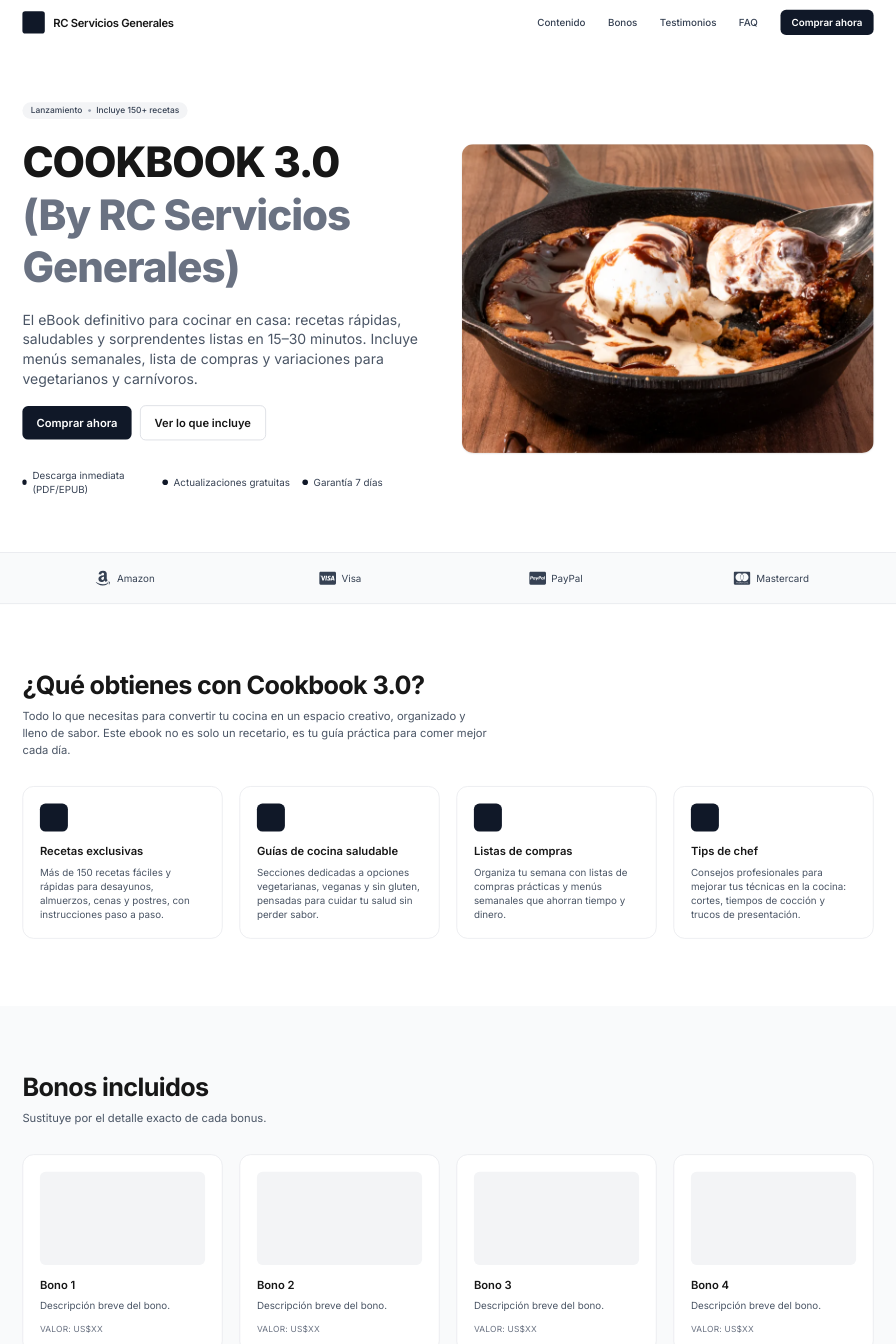
Repository: sazaba/pdfalzate
Page: /
An editor plug-in stored every save of this project. The page is shown before and after the next save, followed by the edit.
The browser window is 1280 px wide. The pictures show the part of the page from y = 0 to 1920 px (the page is 3921 px tall), at 70% of full size.
The project was rebuilt for these pictures with package versions that can differ from the ones it lists, and the page was loaded fresh each time. The framework's server and built-in components were replaced by stand-ins that run in the browser. Also part of the build but not shown: next.config.ts.

Above is the page before, as saved 2025-09-24 12:36:07.

### src/app/layout.tsx
import { Inter } from "next/font/google";
import "./globals.css";

const inter = Inter({ subsets: ["latin"] });

export default function RootLayout({ children }: { children: React.ReactNode }) {
  return (
    <html lang="es" suppressHydrationWarning>
      <body className={`${inter.className} min-h-screen bg-white text-gray-900 antialiased`}>
        {children}
      </body>
    </html>
  );
}

### src/app/page.tsx
import React from 'react'

import Navbar from "./components/Navbar";
import Hero from "./components/Hero";
import TrustBar from "./components/TrustBar";
import WhatYouGet from "./components/WhatYouGet";
import Bonuses from "./components/Bonuses";
import Testimonials from "./components/Testimonials";
import Guarantee from "./components/Guarantee";
import FAQ from "./components/FAQ";
import CTA from "./components/CTA";
import Footer from "./components/Footer";


export default function Page() {
  return (
    <main>
      <Navbar />
      <Hero />
      <TrustBar />
      <WhatYouGet />
      <Bonuses />
      <Testimonials />
      <Guarantee />
      <FAQ />
      <CTA />
      <Footer />
    </main>
  );
}

### src/app/globals.css
@import "tailwindcss";


:root {
  --background: #ffffff;
  --foreground: #171717;
}

@theme inline {
  --color-background: var(--background);
  --color-foreground: var(--foreground);
  --font-sans: var(--font-geist-sans);
  --font-mono: var(--font-geist-mono);
}

@media (prefers-color-scheme: dark) {
  :root {
    --background: #0a0a0a;
    --foreground: #ededed;
  }
}

body {
  background: var(--background);
  color: var(--foreground);
  font-family: Arial, Helvetica, sans-serif;
}

### src/app/components/Navbar.tsx
"use client";
import { useState, useEffect } from "react";
import Link from "next/link";

const navItems = [
  { href: "#whatyouget", label: "Contenido" },
  { href: "#bonuses", label: "Bonos" },
  { href: "#testimonials", label: "Testimonios" },
  { href: "#faq", label: "FAQ" },
];

export default function Navbar() {
  const [open, setOpen] = useState(false);
  const [scrolled, setScrolled] = useState(false);

  useEffect(() => {
    const onScroll = () => setScrolled(window.scrollY > 8);
    window.addEventListener("scroll", onScroll);
    return () => window.removeEventListener("scroll", onScroll);
  }, []);

  return (
    <header
      className={`sticky top-0 z-50 transition-all ${
        scrolled
          ? "bg-white/90 backdrop-blur border-b border-gray-200"
          : "bg-white"
      }`}
    >
      <div className="mx-auto max-w-7xl px-4 sm:px-6 lg:px-8 h-16 flex items-center justify-between">
        <Link href="#" className="flex items-center gap-3">
          {/* Logo placeholder */}
          <div className="h-8 w-8 rounded bg-gray-900" />
          <span className="font-semibold tracking-tight">RC Servicios Generales</span>
        </Link>

        {/* Links desktop */}
        <nav className="hidden md:flex items-center gap-8">
          {navItems.map((i) => (
            <a
              key={i.href}
              href={i.href}
              className="text-sm font-medium text-gray-700 hover:text-gray-900"
            >
              {i.label}
            </a>
          ))}
          <a
            href="#cta"
            className="inline-flex items-center rounded-lg bg-gray-900 px-4 py-2 text-sm font-semibold text-white hover:opacity-90"
          >
            Comprar ahora
          </a>
        </nav>

        {/* Botón hamburguesa */}
        <button
          onClick={() => setOpen((v) => !v)}
          className="md:hidden inline-flex items-center p-2"
        >
          <span className="sr-only">Abrir menú</span>
          <svg
            viewBox="0 0 24 24"
            className="h-6 w-6"
            fill="none"
            stroke="currentColor"
            strokeWidth="2"
          >
            <path d="M4 6h16M4 12h16M4 18h16" />
          </svg>
        </button>
      </div>

      {/* Mobile menu */}
      {open && (
        <div className="md:hidden border-t border-gray-200 bg-white">
          <div className="space-y-2 px-4 py-4">
            {navItems.map((i) => (
              <a
                key={i.href}
                href={i.href}
                onClick={() => setOpen(false)}
                className="block rounded px-2 py-2 text-sm font-medium text-gray-700 hover:bg-gray-50"
              >
                {i.label}
              </a>
            ))}
            <a
              href="#cta"
              onClick={() => setOpen(false)}
              className="block rounded bg-gray-900 px-3 py-2 text-center text-sm font-semibold text-white"
            >
              Comprar ahora
            </a>
          </div>
        </div>
      )}
    </header>
  );
}

### src/app/components/Hero.tsx
import Image from "next/image";
import cook from '../images/cook.webp'

export default function Hero() {
  return (
    <section className="relative overflow-hidden">
      <div className="mx-auto max-w-7xl px-4 sm:px-6 lg:px-8 py-14 sm:py-20 grid items-center gap-10 lg:grid-cols-2">
        {/* Texto */}
        <div className="space-y-6">
          <p className="inline-flex items-center gap-2 rounded-full bg-gray-100 px-3 py-1 text-xs font-medium text-gray-700">
            <span>Lanzamiento</span>
            <span className="h-1 w-1 rounded-full bg-gray-400"></span>
            <span>Incluye 150+ recetas</span>
          </p>

          <h1 className="text-4xl sm:text-5xl lg:text-6xl font-extrabold tracking-tight leading-tight">
            COOKBOOK 3.0{" "}
            <br/>
            <span className="text-gray-500">(By RC Servicios Generales)</span>
          </h1>

          <p className="text-lg sm:text-xl text-gray-600">
            El eBook definitivo para cocinar en casa: recetas rápidas, saludables y
            sorprendentes listas en 15–30 minutos. Incluye menús semanales, lista de
            compras y variaciones para vegetarianos y carnívoros.
          </p>

          <div className="flex flex-col sm:flex-row items-stretch sm:items-center gap-3">
            <a
              href="#cta"
              className="inline-flex items-center justify-center rounded-lg bg-gray-900 px-5 py-3 text-white font-semibold"
            >
              Comprar ahora
            </a>
            <a
              href="#whatyouget"
              className="inline-flex items-center justify-center rounded-lg border border-gray-300 px-5 py-3 font-semibold"
            >
              Ver lo que incluye
            </a>
          </div>

          {/* Bullets rápidos */}
          <ul className="grid grid-cols-2 sm:grid-cols-3 gap-3 pt-4 text-sm text-gray-700">
            <li className="flex items-center gap-2">
              <span className="h-2 w-2 rounded-full bg-gray-900" />
              Descarga inmediata (PDF/EPUB)
            </li>
            <li className="flex items-center gap-2">
              <span className="h-2 w-2 rounded-full bg-gray-900" />
              Actualizaciones gratuitas
            </li>
            <li className="flex items-center gap-2">
              <span className="h-2 w-2 rounded-full bg-gray-900" />
              Garantía 7 días
            </li>
          </ul>
        </div>

        {/* Imagen/video */}
        <div className="relative aspect-[4/3] w-full rounded-2xl bg-gray-100 shadow-sm">
          {/* Deja el src vacío y reemplázalo por tu portada/mockup */}
          <Image alt="Portada de COOKBOOK 3.0" src={cook} fill className="object-cover rounded-2xl" />
        </div>
      </div>
    </section>
  );
}

### src/app/components/TrustBar.tsx
import { FaAmazon, FaCcVisa, FaCcPaypal, FaCcMastercard } from "react-icons/fa";

export default function TrustBar() {
  return (
    <section className="border-y border-gray-200 bg-gray-50">
      <div className="mx-auto max-w-7xl px-4 sm:px-6 lg:px-8 py-6 grid grid-cols-2 sm:grid-cols-4 gap-4 text-center text-sm text-gray-600">
        <div className="flex items-center justify-center gap-2 text-gray-700">
          <FaAmazon className="text-2xl" />
          <span className="hidden sm:inline">Amazon</span>
        </div>
        <div className="flex items-center justify-center gap-2 text-gray-700">
          <FaCcVisa className="text-2xl" />
          <span className="hidden sm:inline">Visa</span>
        </div>
        <div className="flex items-center justify-center gap-2 text-gray-700">
          <FaCcPaypal className="text-2xl" />
          <span className="hidden sm:inline">PayPal</span>
        </div>
        <div className="flex items-center justify-center gap-2 text-gray-700">
          <FaCcMastercard className="text-2xl" />
          <span className="hidden sm:inline">Mastercard</span>
        </div>
      </div>
    </section>
  );
}

### src/app/components/WhatYouGet.tsx
export default function WhatYouGet() {
  const items = [
    {
      title: "Recetas exclusivas",
      desc: "Más de 150 recetas fáciles y rápidas para desayunos, almuerzos, cenas y postres, con instrucciones paso a paso.",
    },
    {
      title: "Guías de cocina saludable",
      desc: "Secciones dedicadas a opciones vegetarianas, veganas y sin gluten, pensadas para cuidar tu salud sin perder sabor.",
    },
    {
      title: "Listas de compras",
      desc: "Organiza tu semana con listas de compras prácticas y menús semanales que ahorran tiempo y dinero.",
    },
    {
      title: "Tips de chef",
      desc: "Consejos profesionales para mejorar tus técnicas en la cocina: cortes, tiempos de cocción y trucos de presentación.",
    },
  ];

  return (
    <section id="whatyouget" className="py-16 sm:py-24">
      <div className="mx-auto max-w-7xl px-4 sm:px-6 lg:px-8">
        <div className="max-w-2xl mb-10">
          <h2 className="text-3xl sm:text-4xl font-bold tracking-tight">
            ¿Qué obtienes con Cookbook 3.0?
          </h2>
          <p className="mt-3 text-gray-600">
            Todo lo que necesitas para convertir tu cocina en un espacio creativo,
            organizado y lleno de sabor. Este ebook no es solo un recetario,
            es tu guía práctica para comer mejor cada día.
          </p>
        </div>

        <div className="grid gap-6 sm:grid-cols-2 lg:grid-cols-4">
          {items.map((it, i) => (
            <div
              key={i}
              className="rounded-2xl border border-gray-200 p-6 hover:shadow-sm transition"
            >
              <div className="h-10 w-10 rounded-lg bg-gray-900 mb-4" />
              <h3 className="font-semibold">{it.title}</h3>
              <p className="text-sm text-gray-600 mt-2">{it.desc}</p>
            </div>
          ))}
        </div>
      </div>
    </section>
  );
}

### src/app/components/Bonuses.tsx
export default function Bonuses() {
    const bonuses = [
      { title: "Bono 1", desc: "Descripción breve del bono.", value: "US$xx" },
      { title: "Bono 2", desc: "Descripción breve del bono.", value: "US$xx" },
      { title: "Bono 3", desc: "Descripción breve del bono.", value: "US$xx" },
      { title: "Bono 4", desc: "Descripción breve del bono.", value: "US$xx" },
    ];

    return (
      <section id="bonuses" className="py-16 sm:py-24 bg-gray-50">
        <div className="mx-auto max-w-7xl px-4 sm:px-6 lg:px-8">
          <div className="max-w-2xl mb-10">
            <h2 className="text-3xl sm:text-4xl font-bold tracking-tight">
              Bonos incluidos
            </h2>
            <p className="mt-3 text-gray-600">
              Sustituye por el detalle exacto de cada bonus.
            </p>
          </div>

          <div className="grid gap-6 sm:grid-cols-2 lg:grid-cols-4">
            {bonuses.map((b, i) => (
              <div
                key={i}
                className="rounded-2xl border border-gray-200 bg-white p-6"
              >
                <div className="aspect-video w-full rounded-lg bg-gray-100 mb-4" />
                <h3 className="font-semibold">{b.title}</h3>
                <p className="text-sm text-gray-600 mt-2">{b.desc}</p>
                <div className="mt-4 text-xs uppercase tracking-wide text-gray-500">
                  Valor: {b.value}
                </div>
              </div>
            ))}
          </div>
        </div>
      </section>
    );
  }

### src/app/components/Testimonials.tsx
export default function Testimonials() {
    const items = [
      {
        quote: "Testimonio breve de ejemplo (reemplazar).",
        author: "Nombre",
        role: "Profesión",
      },
      {
        quote: "Otro testimonio breve (reemplazar).",
        author: "Nombre",
        role: "Profesión",
      },
      {
        quote: "Otro más (reemplazar).",
        author: "Nombre",
        role: "Profesión",
      },
    ];

    return (
      <section id="testimonials" className="py-16 sm:py-24">
        <div className="mx-auto max-w-7xl px-4 sm:px-6 lg:px-8">
          <div className="max-w-2xl mb-10">
            <h2 className="text-3xl sm:text-4xl font-bold tracking-tight">
              Testimonios
            </h2>
            <p className="mt-3 text-gray-600">
              Sustituye por citas reales y fotos si aplica.
            </p>
          </div>

          <div className="grid gap-6 sm:grid-cols-2 lg:grid-cols-3">
            {items.map((t, i) => (
              <figure
                key={i}
                className="rounded-2xl border border-gray-200 p-6"
              >
                <blockquote className="text-gray-800">“{t.quote}”</blockquote>
                <figcaption className="mt-4 text-sm text-gray-600">
                  <div className="font-semibold text-gray-900">{t.author}</div>
                  <div>{t.role}</div>
                </figcaption>
              </figure>
            ))}
          </div>
        </div>
      </section>
    );
  }

### src/app/components/Guarantee.tsx
export default function Guarantee() {
    return (
      <section className="py-16 sm:py-24 bg-white">
        <div className="mx-auto max-w-5xl px-4 sm:px-6 lg:px-8 text-center">
          {/* Icono o sello de garantía */}
          <div className="mx-auto h-16 w-16 rounded-full bg-gray-900" />

          <h3 className="mt-6 text-2xl sm:text-3xl font-bold">
            Garantía / Política de reembolso
          </h3>

          <p className="mt-4 text-gray-600 max-w-2xl mx-auto">
            Reemplaza este texto por la política de garantía exacta que aparezca
            en tu landing. Aquí puedes indicar los días de reembolso o condiciones
            de satisfacción garantizada.
          </p>
        </div>
      </section>
    );
  }

### src/app/components/FAQ.tsx
"use client";
import { useState } from "react";

type FAQItem = { q: string; a: string };

const faqs: FAQItem[] = [
  { q: "¿Pregunta frecuente 1?", a: "Respuesta 1" },
  { q: "¿Pregunta frecuente 2?", a: "Respuesta 2" },
  { q: "¿Pregunta frecuente 3?", a: "Respuesta 3" },
];

export default function FAQ() {
  const [openIndex, setOpenIndex] = useState<number | null>(0);

  return (
    <section id="faq" className="py-16 sm:py-24 bg-gray-50">
      <div className="mx-auto max-w-4xl px-4 sm:px-6 lg:px-8">
        <h2 className="text-3xl sm:text-4xl font-bold tracking-tight text-center">
          Preguntas frecuentes
        </h2>

        <div className="mt-10 divide-y divide-gray-200 rounded-2xl border border-gray-200 bg-white">
          {faqs.map((item, i) => {
            const isOpen = openIndex === i;
            return (
              <div key={i}>
                <button
                  onClick={() => setOpenIndex(isOpen ? null : i)}
                  className="w-full px-5 py-4 text-left flex items-center justify-between"
                >
                  <span className="font-medium">{item.q}</span>
                  <svg
                    className={`h-5 w-5 transition ${isOpen ? "rotate-180" : "rotate-0"}`}
                    viewBox="0 0 24 24"
                    fill="none"
                    stroke="currentColor"
                    strokeWidth={2}
                  >
                    <path d="M6 9l6 6 6-6" />
                  </svg>
                </button>
                {isOpen && (
                  <div className="px-5 pb-5 text-gray-600">{item.a}</div>
                )}
              </div>
            );
          })}
        </div>
      </div>
    </section>
  );
}

### src/app/components/CTA.tsx
export default function CTA() {
    return (
      <section id="cta" className="py-16 sm:py-24">
        <div className="mx-auto max-w-4xl px-4 sm:px-6 lg:px-8 text-center">
          <h2 className="text-3xl sm:text-4xl font-extrabold tracking-tight">
            Listo para unirte
          </h2>
          <p className="mt-3 text-gray-600">
            Reemplaza por el mensaje comercial final del landing.
          </p>

          <div className="mt-6 inline-flex flex-col sm:flex-row items-center rounded-2xl border border-gray-200 p-6 shadow-sm gap-4 sm:gap-6">
            <div className="text-left">
              <div className="text-2xl font-bold">US$ XXX</div>
              <div className="text-sm text-gray-600">Pago único / plan</div>
            </div>

            <a
              href="#"
              className="inline-flex items-center rounded-xl bg-gray-900 px-6 py-3 font-semibold text-white hover:opacity-90"
            >
              Comprar ahora
            </a>
          </div>
        </div>
      </section>
    );
  }

### src/app/components/Footer.tsx
export default function Footer() {
    return (
      <footer className="border-t border-gray-200 bg-white">
        <div className="mx-auto max-w-7xl px-4 sm:px-6 lg:px-8 py-10 grid gap-8 sm:grid-cols-2 lg:grid-cols-4">
          {/* Columna 1: Marca */}
          <div>
            <div className="h-8 w-8 rounded bg-gray-900" />
            <p className="mt-4 text-sm text-gray-600 max-w-xs">
              Breve descripción o disclaimers legales.
            </p>
          </div>

          {/* Columna 2: Enlaces */}
          <div>
            <h4 className="font-semibold">Enlaces</h4>
            <ul className="mt-3 space-y-2 text-sm text-gray-600">
              <li><a href="#whatyouget" className="hover:text-gray-900">Contenido</a></li>
              <li><a href="#bonuses" className="hover:text-gray-900">Bonos</a></li>
              <li><a href="#faq" className="hover:text-gray-900">FAQ</a></li>
            </ul>
          </div>

          {/* Columna 3: Legal */}
          <div>
            <h4 className="font-semibold">Legal</h4>
            <ul className="mt-3 space-y-2 text-sm text-gray-600">
              <li><a href="#" className="hover:text-gray-900">Términos</a></li>
              <li><a href="#" className="hover:text-gray-900">Privacidad</a></li>
              <li><a href="#" className="hover:text-gray-900">Reembolsos</a></li>
            </ul>
          </div>

          {/* Columna 4: Contacto */}
          <div>
            <h4 className="font-semibold">Contacto</h4>
            <ul className="mt-3 space-y-2 text-sm text-gray-600">
              <li>email@dominio.com</li>
              <li>© {new Date().getFullYear()} Protagonist</li>
            </ul>
          </div>
        </div>
      </footer>
    );
  }

After the next save:
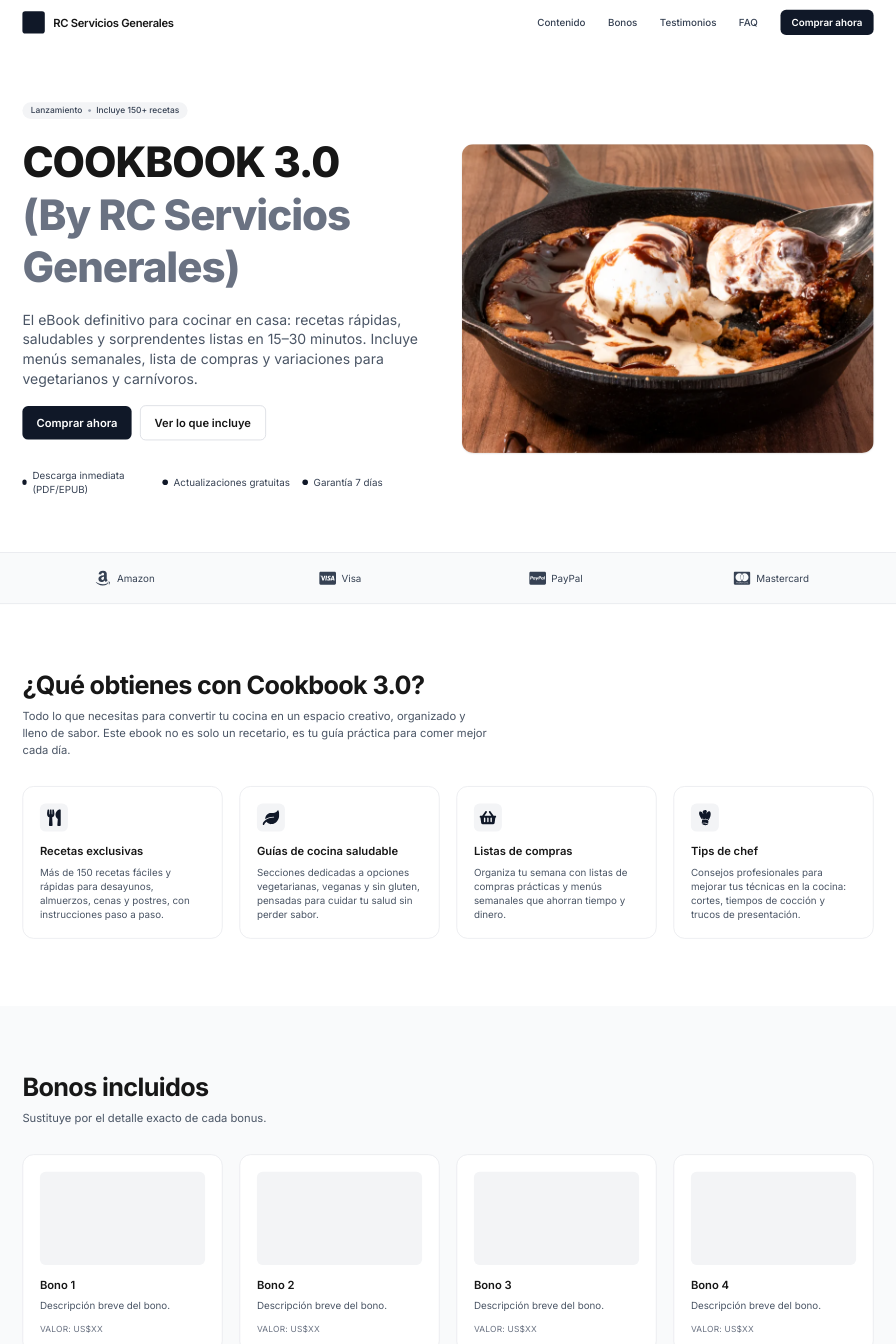
Saved 3 min 53 s later.
--- a/src/app/components/WhatYouGet.tsx
+++ b/src/app/components/WhatYouGet.tsx
@@ -1,20 +1,27 @@
+import { FaUtensils, FaLeaf, FaShoppingBasket } from "react-icons/fa";
+import { GiChefToque } from "react-icons/gi"; // <- chef hat
+
 export default function WhatYouGet() {
   const items = [
     {
       title: "Recetas exclusivas",
       desc: "Más de 150 recetas fáciles y rápidas para desayunos, almuerzos, cenas y postres, con instrucciones paso a paso.",
+      icon: <FaUtensils className="text-2xl text-gray-900" />,
     },
     {
       title: "Guías de cocina saludable",
       desc: "Secciones dedicadas a opciones vegetarianas, veganas y sin gluten, pensadas para cuidar tu salud sin perder sabor.",
+      icon: <FaLeaf className="text-2xl text-gray-900" />,
     },
     {
       title: "Listas de compras",
       desc: "Organiza tu semana con listas de compras prácticas y menús semanales que ahorran tiempo y dinero.",
+      icon: <FaShoppingBasket className="text-2xl text-gray-900" />,
     },
     {
       title: "Tips de chef",
       desc: "Consejos profesionales para mejorar tus técnicas en la cocina: cortes, tiempos de cocción y trucos de presentación.",
+      icon: <GiChefToque className="text-2xl text-gray-900" />, // <- reemplazo
     },
   ];
 
@@ -34,11 +41,10 @@
 
         <div className="grid gap-6 sm:grid-cols-2 lg:grid-cols-4">
           {items.map((it, i) => (
-            <div
-              key={i}
-              className="rounded-2xl border border-gray-200 p-6 hover:shadow-sm transition"
-            >
-              <div className="h-10 w-10 rounded-lg bg-gray-900 mb-4" />
+            <div key={i} className="rounded-2xl border border-gray-200 p-6 hover:shadow-sm transition">
+              <div className="h-10 w-10 flex items-center justify-center rounded-lg bg-gray-100 mb-4">
+                {it.icon}
+              </div>
               <h3 className="font-semibold">{it.title}</h3>
               <p className="text-sm text-gray-600 mt-2">{it.desc}</p>
             </div>
